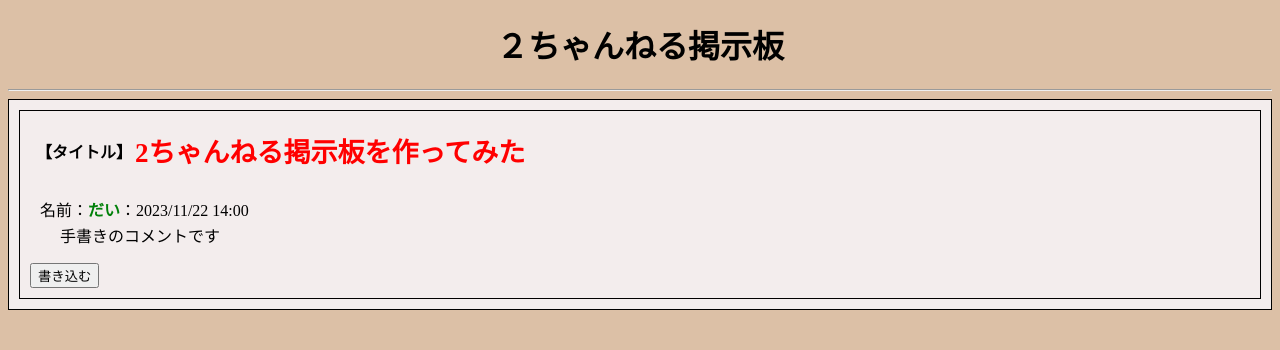
Repository: daidai0602/mba_portal
Page: http://localhost/
The author's editor kept a copy of each file at every save. The page is drawn from the files as they stood at one save, then again after a run of saves.
The browser window is 1280 px wide. The pictures show the whole page.
The page is run by PHP 8.4 with error messages shown; the project is at /var/www/html/.

Above is the page before, as saved 2023-11-22 14:59:22.

### index.php
<!DOCTYPE html>
<html lang="ja">

<head>
  <meta charset="UTF-8">
  <meta name="viewport" content="width=device-width, initial-scale=1.0">
  <title>2ちゃんねる掲示板</title>
  <link rel="stylesheet" href="./assets/css/style.css">
</head>

<body>
  <header>
    <h1 class = "title">２ちゃんねる掲示板</h1>
    <hr>
  </header>

  <!--スレッドエリア-->
  <div class="threadWrapper">
    <div class="childWrapper">
      <div class= "threadTitle">
        <span>【タイトル】</span>
        <h1>2ちゃんねる掲示板を作ってみた</h1>
      </div>
      <section>
        <article>
          <div class="wrapper">
            <div class="nameArea">
              <span>名前：</span>
              <p class="username">だい</p>
              <time?>：2023/11/22 14:00</time>
            </div>
            <p class="comment">手書きのコメントです</p>
          </div>
        </article>
      </section>
      <form class="formWrapper">
        <div>
          <input type="submit" value="書き込む">
          <label for=""></label>
        </div>
      </form>
    </div>
  </div>


</body>
</html>

### assets/css/style.css
body {
  background-color: #dcc0a6;
}
.title {
  text-align: center;
  font-style: 34px;
}
.threadWrapper {
  background-color: #f3eded;
  padding: 10px;
  max-width: 1300px;
  margin: 0px auto;
  border: 1px solid black;
  margin-bottom: 20px;
}
.childWrapper {
  border: 1px solid black;
  padding: 10px;
}
.threadTitle {
  display: flex;
  align-items: center;
  font-weight: 600;
  margin-left: 6px;
  height: 60px;
}
.threadTitle h1{
  color: red;
  margin-left: 3px;
  font-size: 27px;
}
section {
  padding: 0 10px;
}
section .nameArea {
  display: flex;
  align-items: center;
  margin-bottom: -14px;
}

section .username {
  color: rgb(0, 128, 9);
  font-weight: 700;
}

section .comment {
  margin-top: 0;
  margin-left:20px;
}

After the next 2 saves:
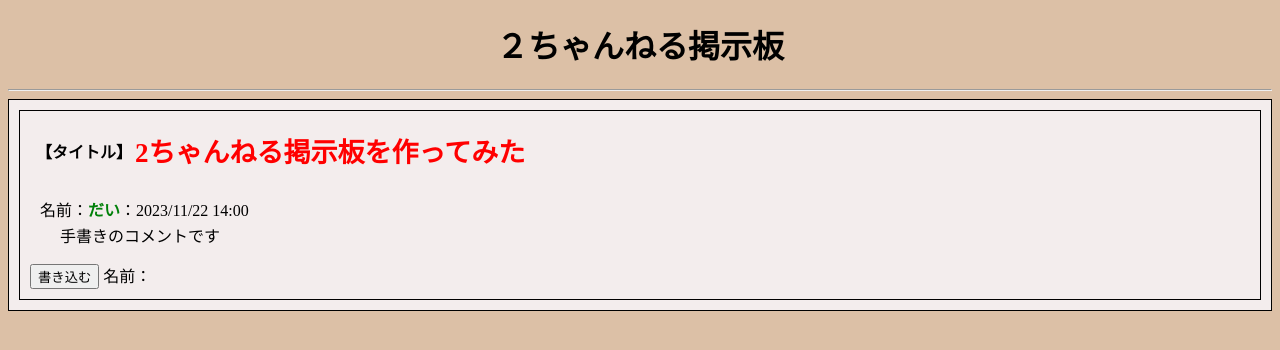
The 2 saves are shown as one change because they came seconds apart.
The last was saved 8 s later.
--- a/index.php
+++ b/index.php
@@ -36,7 +36,7 @@
       <form class="formWrapper">
         <div>
           <input type="submit" value="書き込む">
-          <label for=""></label>
+          <label>名前：</label>
         </div>
       </form>
     </div>
